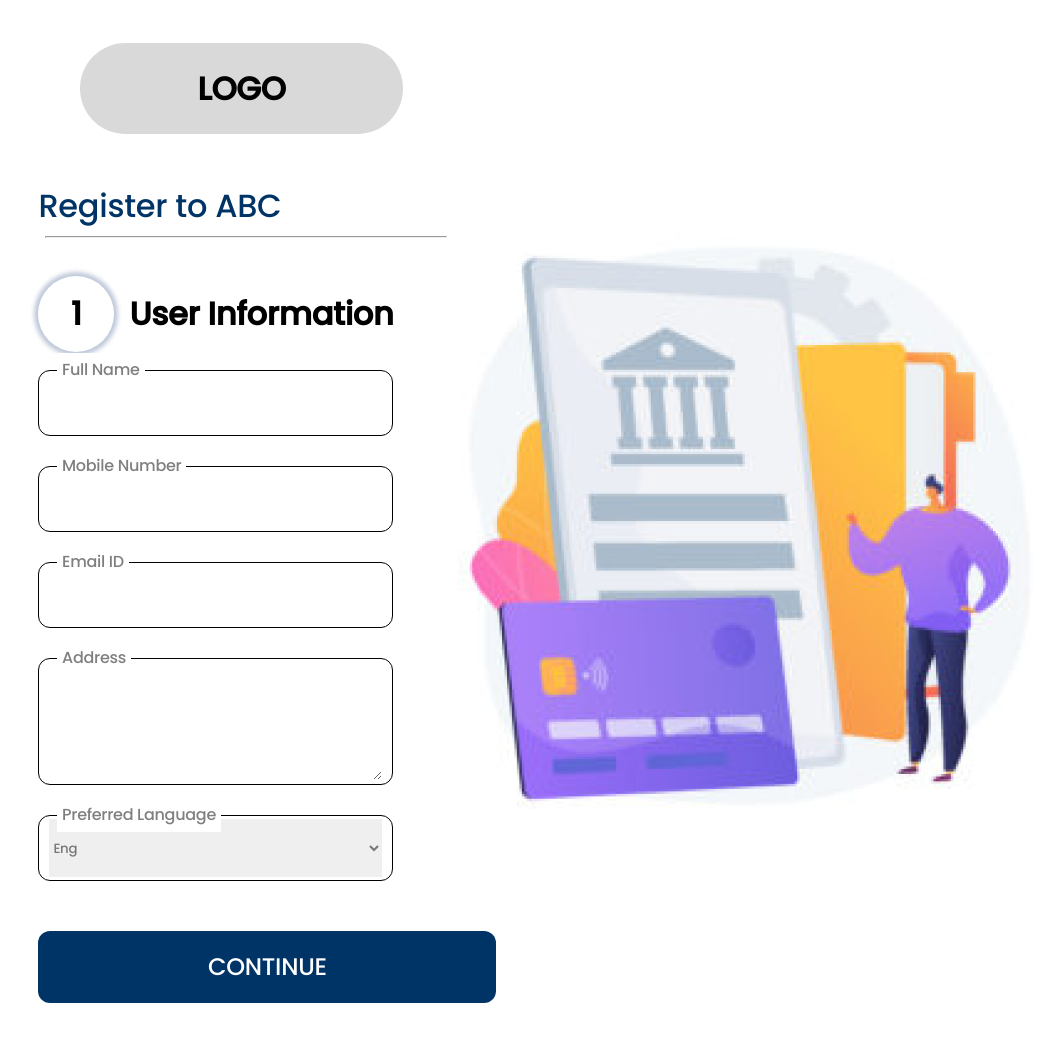
Repository: FlyweisReact/Prashant
Page: /register
These files come from the project's save history. The page is drawn as it stood at one moment and after a run of saves; the edit follows.
The browser window is 768 px wide. The page is 1047 px wide, then 768 px, so the pictures cover 1047 px, including what lies to the right of the window. The pictures show the whole page.
The project was rebuilt for these pictures with package versions that can differ from the ones it lists, and the page was loaded fresh each time. Also part of the build but not shown: src/Styles/Dashboard.module.css, src/Styles/Notification.module.css, src/Components/Notification/NotificationModal.jsx, src/Components/Dashboard/UserInfoPopUp.jsx, src/Styles/SideBar.module.css, src/Components/SideBar.jsx, src/Styles/TotalAmountSection.module.css, src/Components/TotalAmountSection.jsx and 24 more.

Above is the page before, as saved 2023-03-23 16:07:39.

After the next 2 saves:
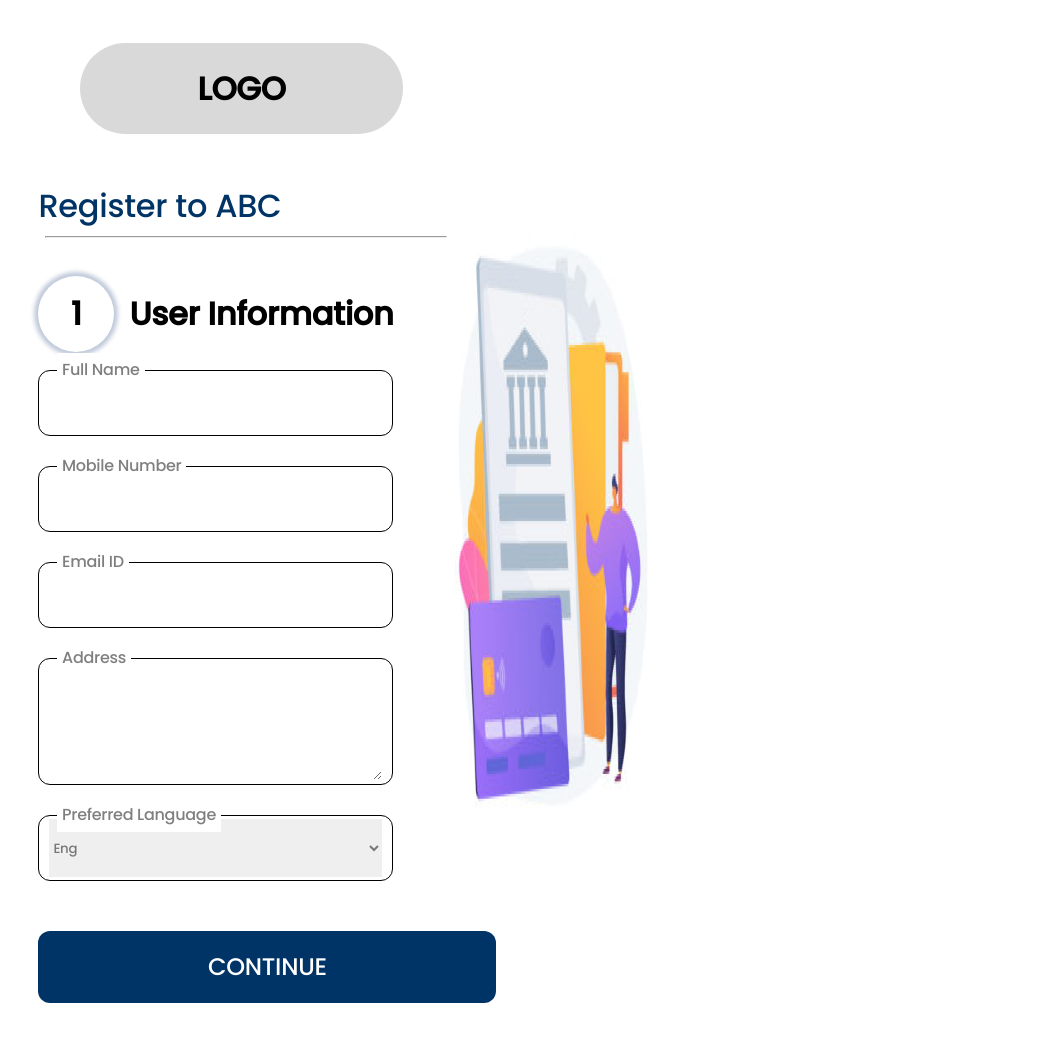
The 2 saves are shown as one change because they came seconds apart.
The last was saved 9 s later.
--- a/src/App.css
+++ b/src/App.css
@@ -73,5 +73,8 @@
     margin: auto  !important;
     display: block !important;
   }
+  .smallImage{
+    width: 200px  !important;
+  }
 
 }
